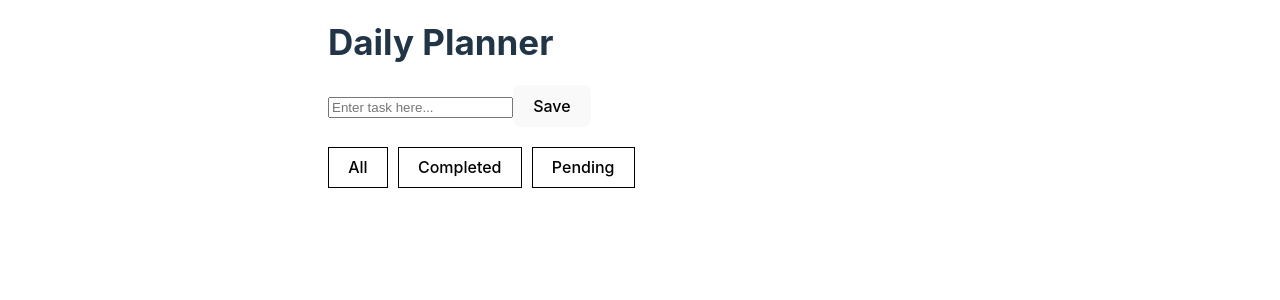
Repository: leslie179/lab4
Page: / (app in lab4/)
These files come from the project's save history. The page is drawn as it stood at one moment and after a run of saves; the edit follows.
The browser window is 1280 px wide. The pictures show the whole page.
The project was rebuilt for these pictures with package versions that can differ from the ones it lists, and the page was loaded fresh each time. Also part of the build but not shown: lab4/vite.config.js, lab4/src/components/Task.jsx.

Above is the page before, as saved 2024-10-27 18:23:37.

### lab4/src/App.jsx
import { useState } from 'react'
import './App.css'

import Task from './components/Task'
import TaskForm from './components/TaskForm'

function App() {
  const [tasks, setTasks] = useState([])
  const [filter, setFilter] = useState("All")
  return (
    <div>
      <h1>Daily Planner</h1>
      <TaskForm setTasks={setTasks}/>
      <button className="filter-button" onClick={() => setFilter("All")}>All</button>
      <button className="filter-button" onClick={() => setFilter("Completed")}>Completed</button>
      <button className="filter-button" onClick={() => setFilter("Pending")}>Pending</button>
      <ul>
        {tasks && tasks.filter((task) => {
          if (filter === "All") {
            return true
          } else if (filter === "Completed") {
            return task.completed
          } else if (filter === "Pending") {
            return !task.completed
          }

          return true // not really necessary
        }).map((task, i) => {
          return <Task task={task} setTasks={setTasks} index={i} />
        })}
      </ul>

    </div>
  )
}

export default App

### lab4/src/App.css
#root {
  max-width: 1280px;
  text-align: left;
  padding-left: 20rem;
}

h1{
  font-size: 35px;
}

.filter-button{
  border: 1px solid black;
  background-color: white;
  margin-right: 10px;
  margin-top: 20px;
  border-radius: 0px;
}


.read-the-docs {
  color: #888;
}

### lab4/src/components/TaskForm.jsx
import { useState } from "react"

function TaskForm({ setTasks }) {
    const [currentTask, setCurrentTask] = useState()
    const save = () => {
        setTasks((currentTasks) => { // trick to get current state
            // im just naming it tmp for temporary
            const tmpTasks = [...currentTasks] // deep copy (tmpTasks is just a copy of currentTasks cause you cant just copy an array)
            tmpTasks.push({ task: currentTask, completed: false })
            return tmpTasks
        })
        setCurrentTask("")
    }
    // the onChange is a function that runs everytime the input text changes
    // everytime the input text changes update the state with the value of the text input
    return <div>
        <input type="text" onChange={(e) => setCurrentTask(e.target.value)} placeholder="Enter task here..."/>
        <button className="save" onClick={() => save()}>Save</button>
    </div>
}

export default TaskForm

Loaded but not shown: lab4/index.html (common file); lab4/src/main.jsx (common file); lab4/src/index.css (common file)

After the next 3 saves:
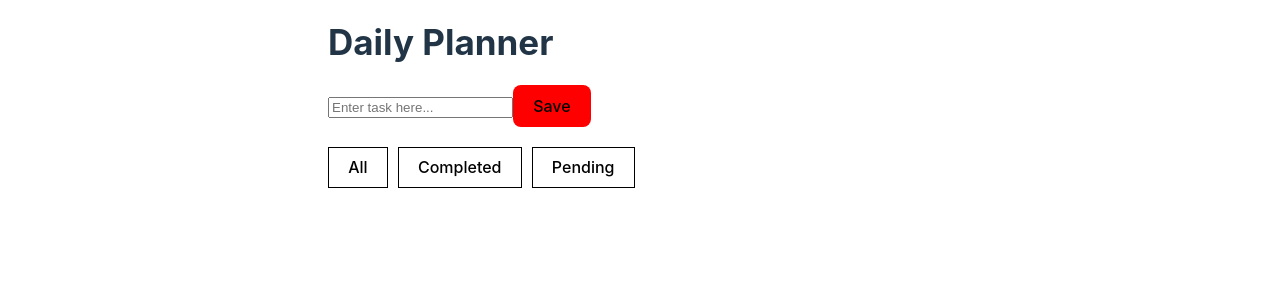
The 3 saves are shown as one change because they came seconds apart.
The last was saved 12 s later.
--- a/lab4/src/App.css
+++ b/lab4/src/App.css
@@ -16,6 +16,9 @@ h1{
   border-radius: 0px;
 }
 
+.save{
+  background-color: red;
+}
 
 .read-the-docs {
   color: #888;
